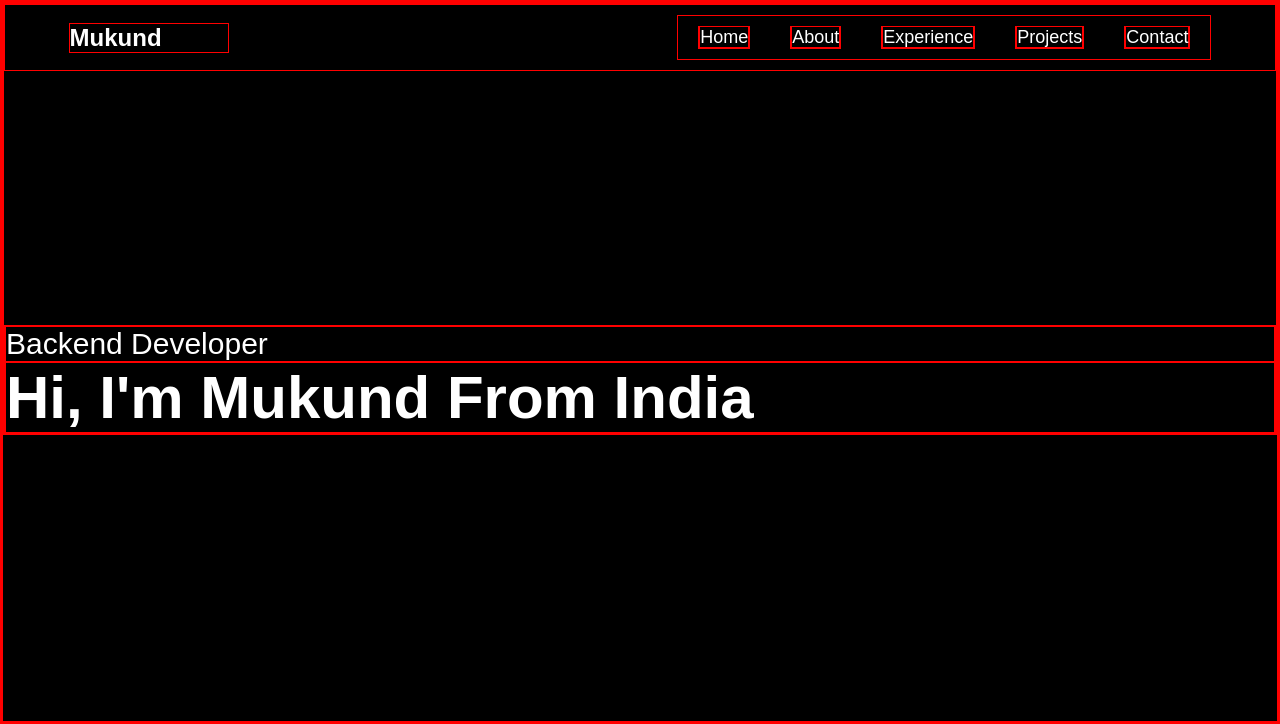
Repository: mukundgangurde/expense-tracker
Page: index.html
An editor plug-in stored every save of this project. The page is shown before and after the next save, followed by the edit.
The browser window is 1280 px wide. The pictures show the whole page.

Above is the page before, as saved 2025-11-02 17:59:03.

### index.html
<!DOCTYPE html>
<html lang="en">

<head>
  <meta charset="UTF-8">
  <meta name="viewport" content="width=device-width, initial-scale=1.0">
  <title>Portfolio - Mukund Gangurde</title>
  <link rel="stylesheet" href="style.css">
</head>

<body>
  <div id="header">
    <div id="container">
      <!-- Navigation Bar -->
      <nav>
        <h1 id="logo">Mukund</h1>
        <ul>
          <li><a href="#">Home</a></li>
          <li><a href="#">About</a></li>
          <li><a href="#">Experience</a></li>
          <li><a href="#">Projects</a></li>
          <li><a href="#">Contact</a></li>
        </ul>
      </nav>
      <!-- /Navigation Bar -->

      <div class="header-text">
        <p>Backend Developer</p>
        <h1>Hi, I'm Mukund From India</h1>
      </div>
    </div>
  </div>

</body>

</html>

### style.css
* {
  margin: 0;
  padding: 0;
  /* font-family: Brush Script MT; */
  font-family: Arial, Helvetica, sans-serif;
  box-sizing: border-box;
  border: 1px solid red;
}

body {
  background-color: black;
  color: white;
}

#header {
  width : 100%;
  height: 100vh;
  /* background-image: url(images/background.img); */
  /* background-size: cover; */
  /* background-position: center; */
}

#logo {
  width: 160px;
}

nav {
  display: flex;
  justify-content: space-between;
  align-items: center;
  flex-wrap: wrap;
  padding: 10px 5%;
}

ul {
  display: flex;
  justify-content: space-between;
  font-size: 18px;
}

nav ul li {
  display: inline-block;
  list-style-type: none;
  margin: 10px 20px;
}

nav ul li a {
  color: white;
  text-decoration: none;
}

.header-text {
  margin-top: 20%;
  font-size: 30px;
}

.header-text h1 {

}

After the next save:
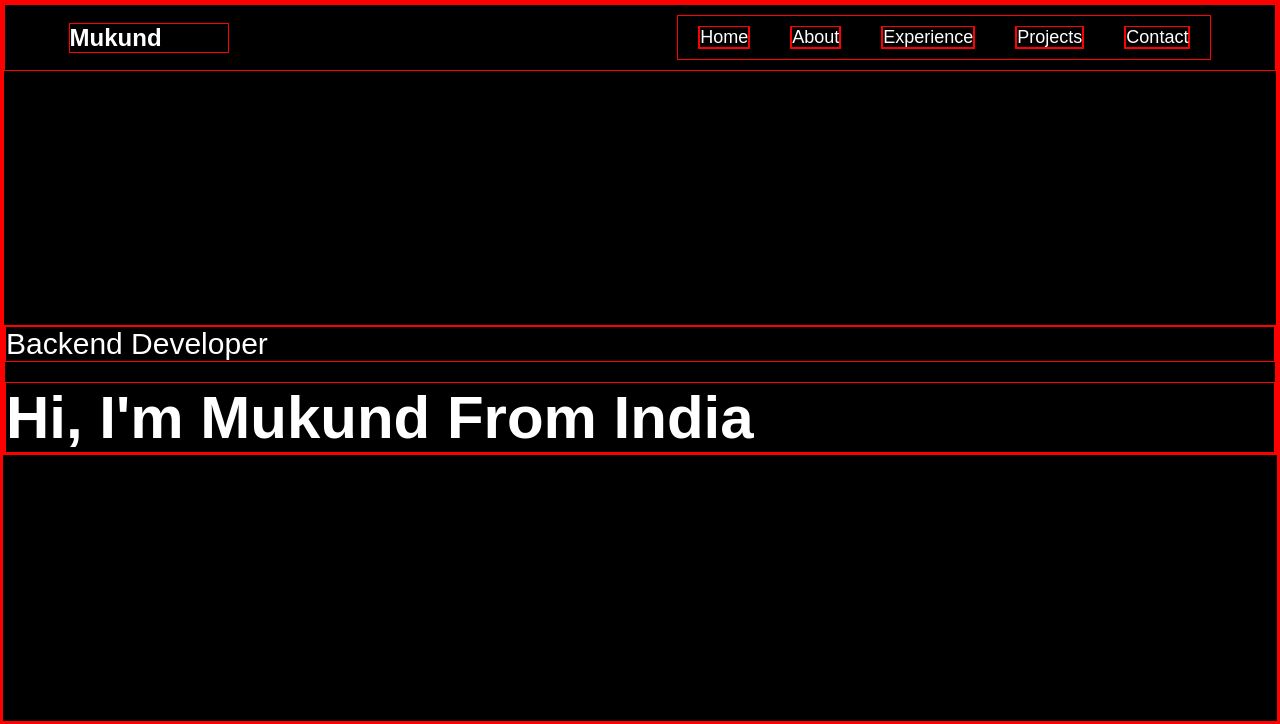
Saved 33 s later.
--- a/style.css
+++ b/style.css
@@ -55,5 +55,7 @@ nav ul li a {
 }
 
 .header-text h1 {
+  margin-top: 20px;
+  font-size: 60px;
 
 }
